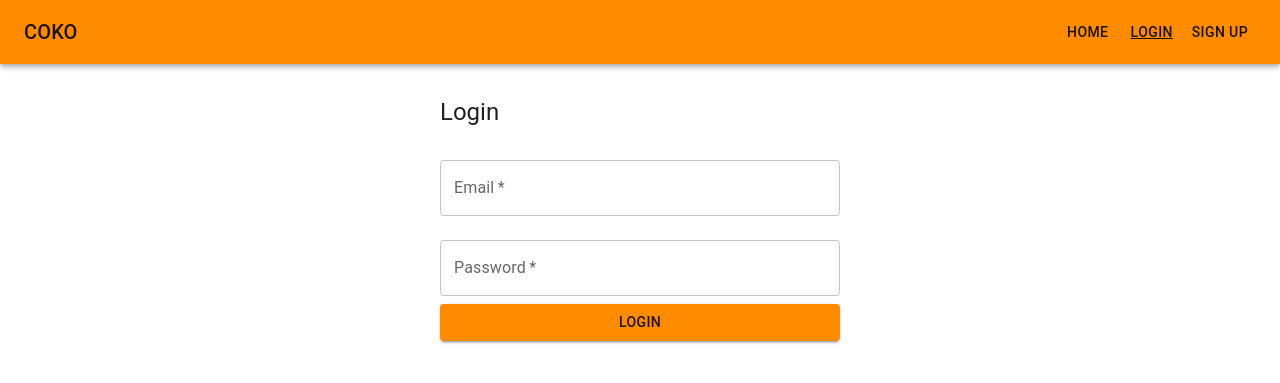
Repository: Jasper-ops698/Coko
Page: /dashboard (app in frontend/)
The author's editor kept a copy of each file at every save. The page is drawn from the files as they stood at one save, then again after the next save.
The browser window is 1280 px wide. The pictures show the whole page.
The project was rebuilt for these pictures with package versions that can differ from the ones it lists, and the page was loaded fresh each time. Also part of the build but not shown: frontend/webpack.config.js, frontend/src/components/HomePage.js, frontend/src/components/SignUpPage.js, frontend/src/components/DashboardPage.js.

Above is the page before, as saved 2024-11-18 10:59:53.

### frontend/src/index.js
import React from 'react';
import ReactDOM from 'react-dom/client';
import App from './App';
import { CssBaseline, ThemeProvider, createTheme } from '@mui/material';
import reportWebVitals from './reportWebVitals';

require('dotenv').config();

const theme = createTheme({
  palette: {
    primary: {
      main: '#FF8C00',
    },
    secondary: {
      main: '#333',
    },
  },
});

ReactDOM.createRoot(document.getElementById('root')).render(
  <ThemeProvider theme={theme}>
    <CssBaseline />
    <App />
  </ThemeProvider>
);

// If you want to start measuring performance in your app, pass a function
// to log results (for example: reportWebVitals(console.log))
// or send to an analytics endpoint. Learn more: https://bit.ly/CRA-vitals
reportWebVitals();

### frontend/src/App.js
import React from 'react';
import { BrowserRouter as Router, Route, Routes } from 'react-router-dom';
import HomePage from './components/HomePage';
import LoginPage from './components/LoginPage';
import SignUpPage from './components/SignUpPage';
import NavBar from './components/NavBar';
import ProtectedRoute from './components/ProtectedRoute';
import DashboardPage from './components/DashboardPage';



function App() {
  return (
    <Router>
      <NavBar />
        {/* Page Routes */}
        <Routes>
          <Route path="/" element={<HomePage />} />
          <Route path="/login" element={<LoginPage />} />
          <Route path="/signup" element={<SignUpPage />} />
          <Route
            path="/dashboard"
            element={
              <ProtectedRoute>
                <DashboardPage />
              </ProtectedRoute>
            }
          />
        </Routes>
    </Router>
  );
}

export default App;

### frontend/src/components/LoginPage.js
import React, { useState } from 'react';
import { auth } from "../auth/firebase";
import { signInWithEmailAndPassword } from 'firebase/auth';
import { Button, TextField, Typography, Box } from '@mui/material';

function LoginPage() {
    const [email, setEmail] = useState("");
    const [password, setPassword] = useState("");
    const [error, setError] = useState("");

    const handleLogin = async (e) => {
        e.preventDefault();
        try {
            await signInWithEmailAndPassword(auth, email, password);
            alert("Login successful!");
        } catch (err) {
            setError(err.message);
        }
    };
    return(
        <Box
          component="form"
          onSubmit={handleLogin}
          sx={{ maxWidth: 400, mx: "auto", mt: 4 }}
        >
            <Typography variant='h5' mb={2}>Login</Typography>
            {error && <Typography color="error">{error}</Typography>}
            <TextField
            fullWidth
            label="Email"
            value={email}
            onChange={(e) => setEmail(e.target.value)}
            margin='normal'
            required
        />
            <TextField
            fullWidth
            label="Password"
            type="password"
            value={password}
            onChange={(e) => setPassword(e.target.value)}
            margin="normal"
            required
        />
        <Button variant='contained' type="submit" fullWidth>
            Login
        </Button>
        </Box>
    );
}

export default LoginPage;

### frontend/src/components/NavBar.js
import React, { useState } from 'react';
import { Link, useLocation } from 'react-router-dom';
import {
  AppBar,
  Toolbar,
  Button,
  Typography,
  Box,
  IconButton,
  Drawer,
  List,
  ListItem,
  ListItemText,
} from '@mui/material';
import MenuIcon from '@mui/icons-material/Menu';

function NavBar() {
  const location = useLocation();
  const [drawerOpen, setDrawerOpen] = useState(false);

  const isActive = (path) => location.pathname === path;

  const toggleDrawer = (open) => () => {
    setDrawerOpen(open);
  };

  const navLinks = [
    { label: 'Home', path: '/' },
    { label: 'Login', path: '/login' },
    { label: 'Sign Up', path: '/signup' },
  ];

  return (
    <>
      <AppBar position="static">
        <Toolbar>
          <Typography variant="h6" sx={{ flexGrow: 1 }}>
            COKO
          </Typography>
          <Box sx={{ display: { xs: 'none', sm: 'block' } }}>
            {navLinks.map((link) => (
              <Button
                key={link.path}
                component={Link}
                to={link.path}
                color="inherit"
                sx={{
                  textDecoration: isActive(link.path) ? 'underline' : 'none',
                }}
              >
                {link.label}
              </Button>
            ))}
          </Box>
          <IconButton
            edge="start"
            color="inherit"
            aria-label="menu"
            sx={{ display: { xs: 'block', sm: 'none' } }}
            onClick={toggleDrawer(true)}
          >
            <MenuIcon />
          </IconButton>
        </Toolbar>
      </AppBar>

      {/* Drawer for Mobile Navigation */}
      <Drawer anchor="right" open={drawerOpen} onClose={toggleDrawer(false)}>
        <Box sx={{ width: 250 }} role="presentation" onClick={toggleDrawer(false)}>
          <List>
            {navLinks.map((link) => (
              <ListItem button key={link.path} component={Link} to={link.path}>
                <ListItemText primary={link.label} />
              </ListItem>
            ))}
          </List>
        </Box>
      </Drawer>
    </>
  );
}

export default NavBar;

### frontend/src/components/ProtectedRoute.js
import React from 'react';
import { Navigate } from 'react-router-dom';
import { auth } from '../auth/firebase';
import { useAuthState } from 'react-firebase-hooks/auth';

function ProtectedRoute({ children }) {
    const [user] = useAuthState(auth);

    if (!user) {
        return <Navigate to="/login" />
    }

    return children;
}

export default ProtectedRoute;

### frontend/src/auth/firebase.js
import { initializeApp } from "firebase/app";
import { getAuth } from "firebase/auth";

const firebaseConfig = {
    apiKey: "process.env.API_KEY",
    authDomain: "process.env.AUTH_DOMAIN",
    projectId: "process.env.PROJECT_ID",
    storageBucket: "process.env.STORAGE_BUCKET",
    messagingSenderId: "process.env.SENDER_ID",
    appId: "process.env.APP_ID",
};

// Initialize Firebase
const app = initializeApp(firebaseConfig);

export const auth = getAuth(app);

Loaded but not shown: frontend/public/index.html (common file); frontend/src/reportWebVitals.js (common file)

After the next save:
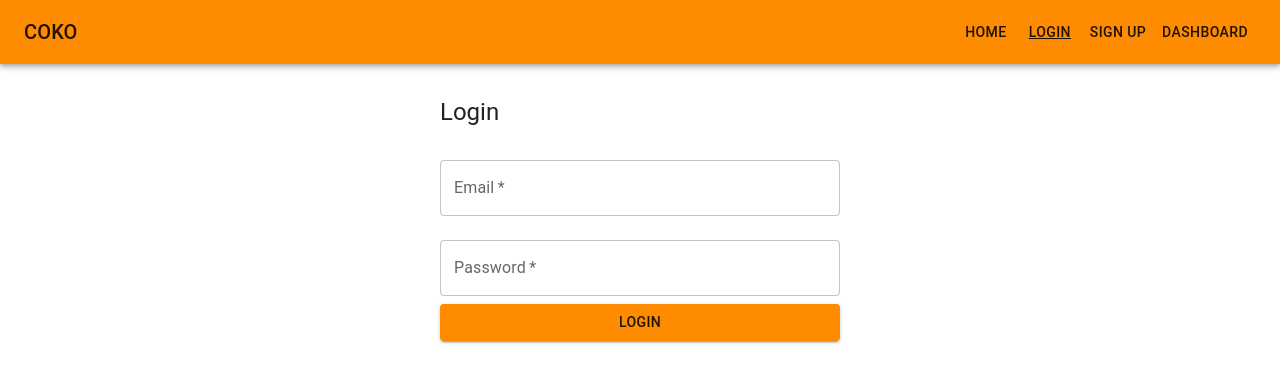
Saved 2 min 9 s later.
--- a/frontend/src/components/NavBar.js
+++ b/frontend/src/components/NavBar.js
@@ -28,6 +28,7 @@ function NavBar() {
     { label: 'Home', path: '/' },
     { label: 'Login', path: '/login' },
     { label: 'Sign Up', path: '/signup' },
+    { label: "Dashboard", path: '/dashboard' },
   ];
 
   return (
